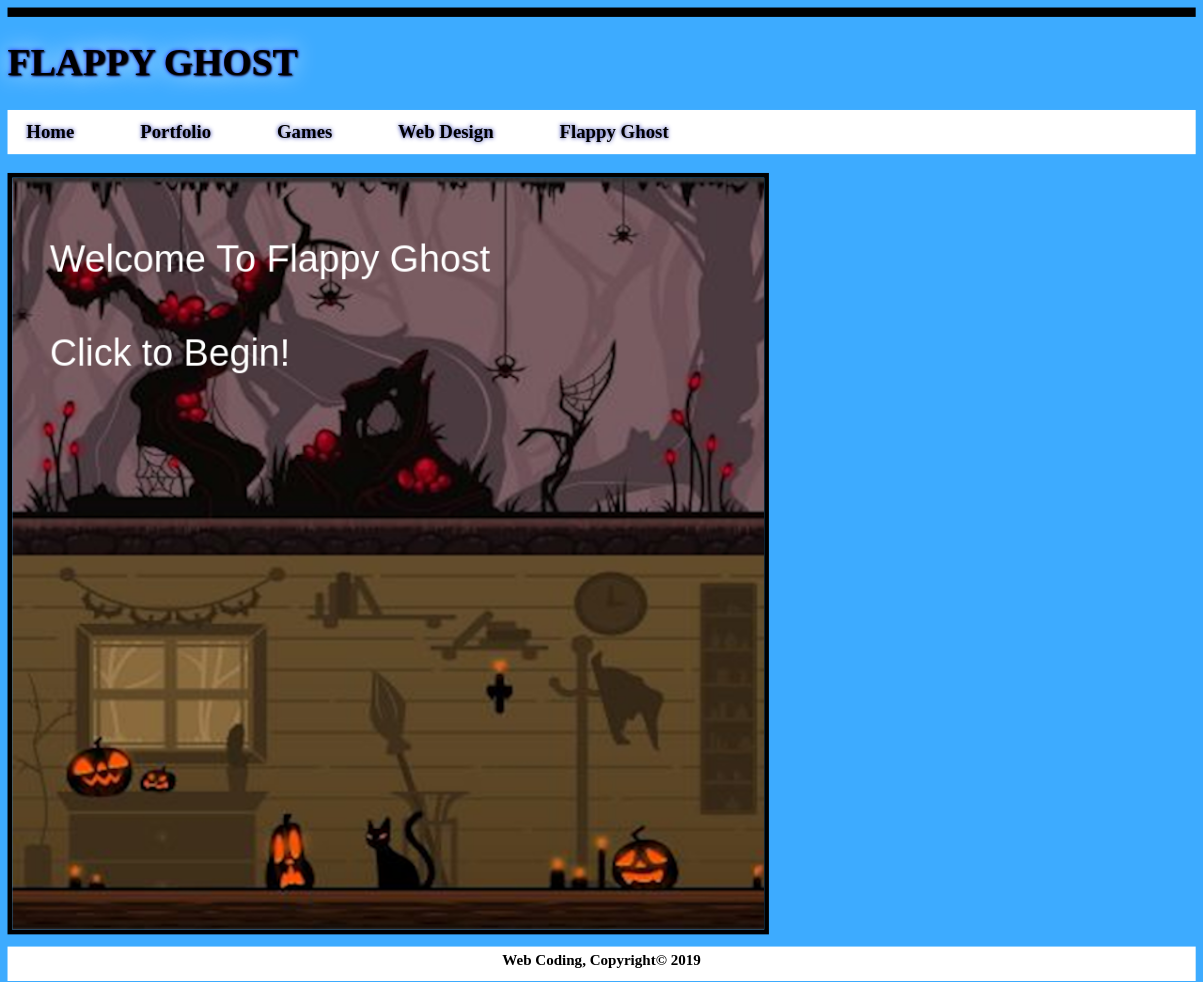
Repository: raidrn/raidrn.github.io
Page: mygame.html
The author's editor kept a record of every edit. The page is drawn from the files as they stood at one moment, then again after the next edit.
The browser window is 1280 px wide. The pictures show the whole page, at 94% of full size.

Above is the page before.

### mygame.html
<html>

  <head>
      <meta http-equiv="Content-Type" content="text/html; charset=UTF-8" />
      <title>Processing Demo</title>
      <script type="text/javascript" src="js/processing.js"></script>
      <link rel="stylesheet" href="/styles/style.css">

      <link rel="stylesheet" type="text/css" href="style.css">

      <link rel="shortcut icon" href="https://codehs.com/uploads/91969211844749ea05a8364258afeb34">
  </head>

  <body>
    <hr class="thick">
    <h1 style="color:#000000; font-size:250%; margin-top:2%;"><b>FLAPPY GHOST</b></h1>


    <header>
        <div>
            <nav><!Comment "The Navigation Bar">
                <ul>
                    <li><a href="index.html">Home</a></li>
                    <li><a href="portfolio.html">Portfolio</a></li>
                    <li><a href="gamer.html">Games</a></li>
                    <li><a href="web.html">Web Design</a></li>
                    <li><a class="turnon" href="mygame.html">Flappy Ghost</a></li>

                </ul>
            </nav>
        </div>
    </header>

    <script type="text/processing">

     PImage bg, ghost, upPipe, downPipe;
     int bgx, bgy, gx, gy, g, Vgy;
     int[] pipeX,pipeY; //DECLARE two arrays
     int gameRec, pipesPassed;

     void setup() {
      size(800, 800);
      bg = loadImage("./js/bg.png");
      ghost = loadImage("./js/ghost.png");
      downPipe = loadImage("./js/downPipe.png");
      upPipe = loadImage("./js/upPipe.png");
      gx = 100;
      gy = 50;
      g = 1; //Gravity == Speed of downward acceleration
      pipeX = new int[5];  //[0,0,0,0]
      pipeY = new int[pipeX.length];
      //POPULATE THE ARRAY WITH VALUES
      for(int i = 0; i < pipeX.length; i++){
        pipeX[i] = width + 200*i;
        pipeY[i] = (int)random(-200, 0);
      }
      gameRec = -1;
    }

     //MAIN GAME LOOP
     void draw() {
      if(gameRec == -1)
      {
        startingPic();
      }
      else if(gameRec==0){
        bgd();
        conPipe();
        ghosti();
        pointCounter();
      }
      else{
        fill(255,0,0);
        textSize(70);
        text("Game Over", 200, 400);
      }
    }

     void pointCounter(){
      fill(255,165,0);
      textSize(32);
      text("Points: " + pipesPassed, width - 170, 40);
    }

     void startingPic(){
      image(bg, 0, 0);
      textSize(40);
      text("Welcome To Flappy Ghost", 40, 100);
      text("Click to Begin!", 40, 200);
      if(mousePressed){
        gy = height/2;
        gameRec = 0;
      }
    }

     void conPipe(){
        for(int i = 0; i < pipeX.length; i++){
        image(upPipe, pipeX[i], pipeY[i]);
        image(downPipe, pipeX[i], pipeY[i] + 730);
        pipeX[i]-= 2;
          if(pipeX[i] < -200){
              pipeX[i] = width;
          }
          if(gx > (pipeX[i]-44) && gx < pipeX[i] + 93)
          {
            if(!(gy > pipeY[i] + 500 && gy < pipeY[i] + (500 + 230-45)))
            {
              gameRec = 1;
            }
            else if(gx==pipeX[i] || gx == pipeX[i] + 1){
              pipesPassed++;
            }
          }
        }
    }

     void ghosti() {
      image(ghost, gx, gy);
      gy = gy + Vgy;
      Vgy = Vgy + g;
      if(gy > height || gy < 0){
        fill(255);
        text("You went off the screen!!", 200, 450);
        gameRec=1;
      }
    }

     void mousePressed() { //Ghost Jump
      Vgy = -14;
    }

     void bgd() { //Background Image
      image(bg, bgx, bgy);
      image(bg, bgx + bg.width, bgy);
      bgx--; //Speed of the background

      if (bgx < -bg.width) {
        bgx = 0;    //If statement made to make background repeat till death
      }
    }
    </script>
    <canvas id="sketch" style="border: 5px solid black; margin-top:20px;"></canvas>

  </body>

  <footer>
    <div class="copyright">

                <p>Web Coding, Copyright© 2019</p>

    </div>
  </footer>
</html>

### style.css
body{
    background-color:#3dabff;
}

h1{
     text-shadow: 1px 1px 2px black, 0 0 25px white, 0 0 5px blue;
}

a{
      text-decoration:none;
    }

.thick{
    border:5px solid black; margin-left: 0%;
}

nav li{
    display:inline-block;
    float:left;
    color:#000000;
    padding:12px 20px;
    padding-right:50px;
    margin-left: 0%;
}
nav a{
    font-size:20px;
    color:#000000;
    font-family:cursive;
    font-weight:bold;
    text-shadow:0 0 5px #2732ab;
}
nav ul{
    padding-left:30;
    margin:0;
    padding:0;
    overflow:hidden;
    list-style-type:none;
    background-color:white;
}

li:hover{
      background-color:#1c60e8;
      font-weight:bold;
}
li:active{
    color:#000000; text-decoration:underline;
}

.turon{
    color:#071ae8;
}

.project {
    background-color: #80b9ff;
	font-size:100%;
	padding: 1%;
	width: 250px;
	height: 270px;
	float: left;
	border-radius: 10px;
    margin-right:4.8%;
	margin-top:1%;
	margin-bottom:1%;

}
.project a{
    color:#3b55eb;
    text-decoration:none;
    font-weight:bold;
    font-family:cursive;
}
.project img{
    width:85%;
}

.project a:hover{
    font-size:120%;
}

.gamer{
    background-color: #80b9ff;
	font-size:100%;
	padding: 1%;
	width: 250px;
	height: 270px;
	float: left;
	border-radius: 10px;
    margin-right:4.8%;
	margin-top:1%;
	margin-bottom:1%;
}

.gamer a{
    color:black;
    text-decoration:none;
    font-weight:bold;
    font-family:cursive;
}
.gamer img{
    width:100%;
    margin-bottom:1%;
}

.gamer a:hover{
    font-size:120%;
    color:#002cf2;
}
.copyright p{
    background-color: white;
	font-size:100%;
	padding:.5%;
	width: 98.99%;
	height: 25px;
	float: left;
	margin-top:1%;
	margin-bottom:0%;
	margin-left: 0%;
    text-align:center;
    font-weight:bold;
}
.webless{
    background-color:#949ca8;
	font-size:100%;
	padding: 1%;
	width: 250px;
	height: 270px;
	float: left;
	border-radius: 10px;
    margin-right:4.8%;
	margin-top:1%;
	margin-bottom:1%;
}

.webless a{
    color:#000000;
    text-decoration:none;
    font-weight:bold;
    font-family:cursive;
    font-size:130%;
}

.webless img{
    width:85%;
}

.webless a:hover{
    width:140%;
    color:#6c7175;
}

Loaded but not shown: js/processing.js (library)

After the next edit:
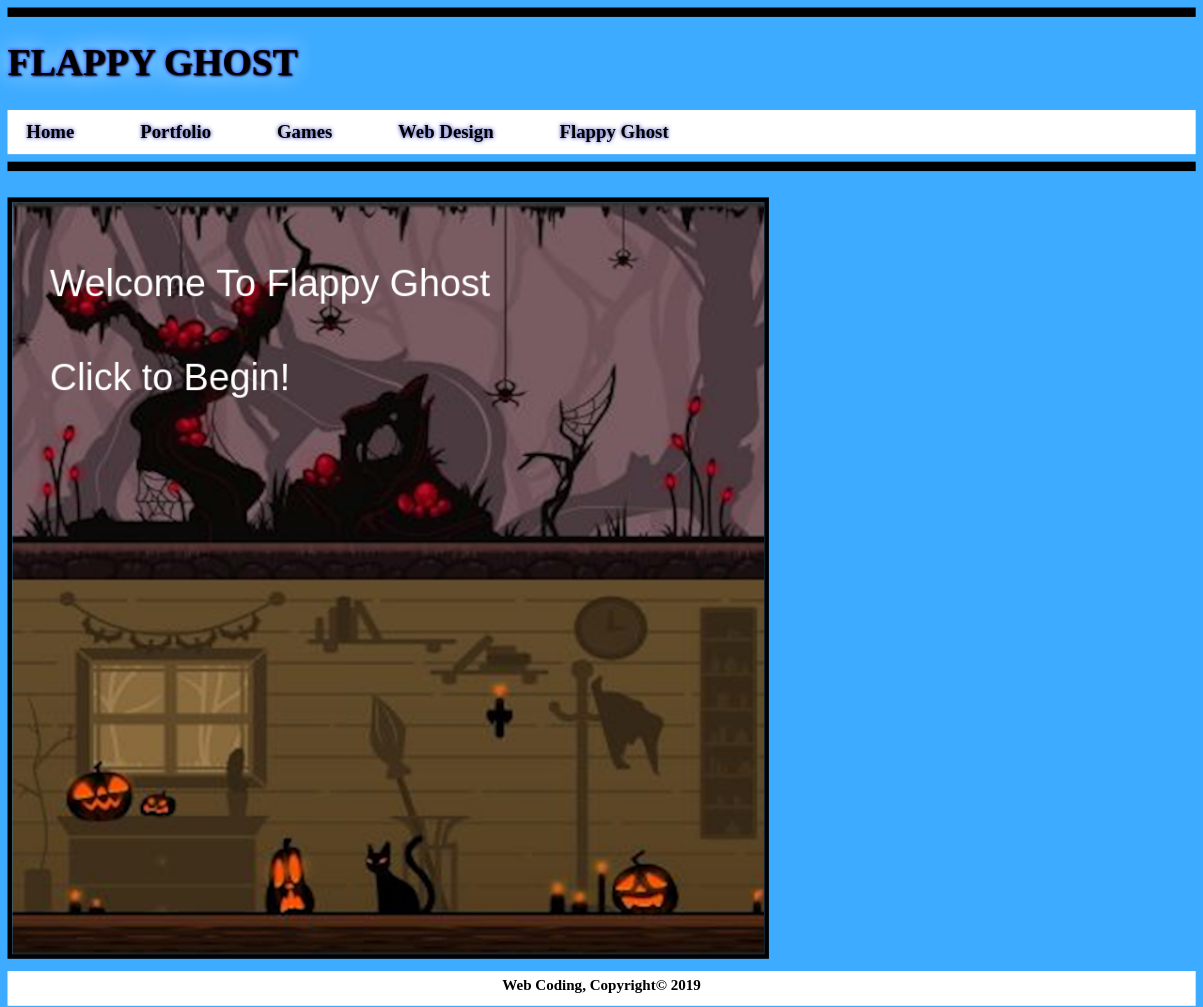
The edit:
--- a/mygame.html
+++ b/mygame.html
@@ -30,7 +30,7 @@
             </nav>
         </div>
     </header>
-
+    <hr class="thick">
     <script type="text/processing">
 
      PImage bg, ghost, upPipe, downPipe;
